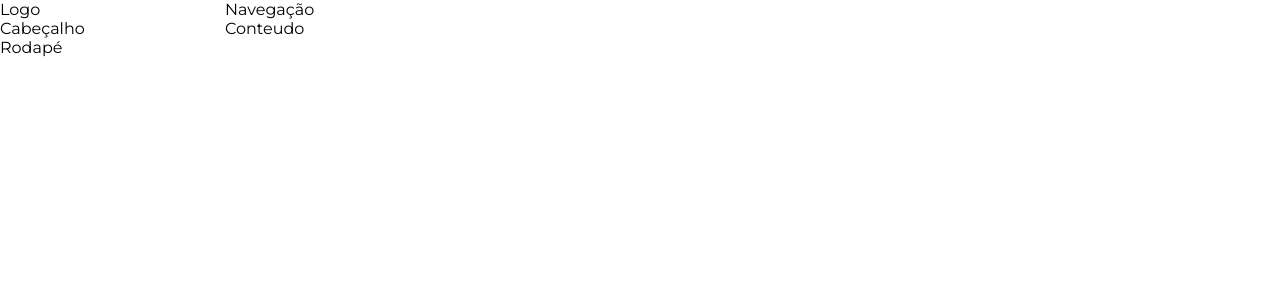
Repository: eversonps/projeto-cadastro-usuarios-firebase
Page: /users (app in frontend/)
These files come from the project's save history. The page is drawn as it stood at one moment and after the next save; the edit follows.
The browser window is 1280 px wide. The pictures show the whole page.
The project was rebuilt for these pictures with package versions that can differ from the ones it lists, and the page was loaded fresh each time. Also part of the build but not shown: frontend/src/components/template/logo.css, frontend/src/components/template/nav.css, frontend/src/components/template/header.css, frontend/src/components/template/footer.css.

Above is the page before, as saved 2022-03-21 17:27:34.

### frontend/public/index.html
<!DOCTYPE html>
<html lang="en">
  <head>
    <meta charset="utf-8" />
    <link rel="icon" href="%PUBLIC_URL%/favicon.ico" />
    <link rel="preconnect" href="https://fonts.googleapis.com">
    <link rel="preconnect" href="https://fonts.gstatic.com" crossorigin>
    <link href="https://fonts.googleapis.com/css2?family=Montserrat:wght@300;400;700&display=swap" rel="stylesheet">
    <meta name="viewport" content="width=device-width, initial-scale=1" />
    <meta name="theme-color" content="#000000" />
    <meta
      name="description"
      content="Web site created using create-react-app"
    />
    <link rel="apple-touch-icon" href="%PUBLIC_URL%/logo192.png" />
    <!--
      manifest.json provides metadata used when your web app is installed on a
      user's mobile device or desktop. See https://developers.google.com/web/fundamentals/web-app-manifest/
    -->
    <link rel="manifest" href="%PUBLIC_URL%/manifest.json" />
    <!--
      Notice the use of %PUBLIC_URL% in the tags above.
      It will be replaced with the URL of the `public` folder during the build.
      Only files inside the `public` folder can be referenced from the HTML.

      Unlike "/favicon.ico" or "favicon.ico", "%PUBLIC_URL%/favicon.ico" will
      work correctly both with client-side routing and a non-root public URL.
      Learn how to configure a non-root public URL by running `npm run build`.
    -->
    <title>React App</title>
  </head>
  <body>
    <noscript>You need to enable JavaScript to run this app.</noscript>
    <div id="root"></div>
    <!--
      This HTML file is a template.
      If you open it directly in the browser, you will see an empty page.

      You can add webfonts, meta tags, or analytics to this file.
      The build step will place the bundled scripts into the <body> tag.

      To begin the development, run `npm start` or `yarn start`.
      To create a production bundle, use `npm run build` or `yarn build`.
    -->
  </body>
</html>

### frontend/src/index.js
import React from 'react';
import ReactDOM from 'react-dom';
import './index.css';
import App from './main/app';
import reportWebVitals from './reportWebVitals';

ReactDOM.render(
  <React.StrictMode>
    <App />
  </React.StrictMode>,
  document.getElementById('root')
);

// If you want to start measuring performance in your app, pass a function
// to log results (for example: reportWebVitals(console.log))
// or send to an analytics endpoint. Learn more: https://bit.ly/CRA-vitals
reportWebVitals();

### frontend/src/main/app.jsx
import "./app.css"
import React from "react"

import Logo from "../components/template/logo"
import Nav from "../components/template/nav"
import Main from "../components/template/main"
import Footer from "../components/template/footer"

export default props => {
    return (
        <div className="app">
        <Logo></Logo>
        <Nav></Nav>
        <Main></Main>
        <Footer></Footer>
    </div>
    )
}

### frontend/src/main/app.css
:root{
    --bg-dark: #1A2F3A;
    --logo-height: 100px;
    --header-height: 100px;
    --aside-width: 225px;
    --footer-height: 40px;

    --shadow: 0 2px 23px 0 rgba(0, 0, 0, 0.1), 0 2px 49px 0 rgba(0, 0, 0, 0.06)


}

* {
    box-sizing: border-box;
    font-family: 'Montserrat', sans-serif;
}

.app{
    margin: 0px;
    display: grid;
    grid-template-columns: var(--aside-width) 1fr;
}

### frontend/src/components/template/logo.jsx
import React from "react"
import "./logo.css"

export default props => (
    <aside className="logo"> Logo </aside>
)

### frontend/src/components/template/nav.jsx
import React from "react"
import "./nav.css"

export default props => {
    return (
        <aside className="menu-area">
            Navegação
        </aside>
    )
}

### frontend/src/components/template/main.jsx
import React from "react"
import Header from "./header"

export default props => (
    <>
        <Header></Header>
        <main className="content">
            Conteudo
        </main>
    </>
)

### frontend/src/components/template/footer.jsx
import React from "react";
import "./footer.css"

export default props => (
    <footer className="footer">Rodapé</footer>
)

### frontend/src/components/template/header.jsx
import React from "react";
import "./header.css"

export default props => (
    <header className="header">
        Cabeçalho
    </header>
)

Loaded but not shown: frontend/src/index.css (common file); frontend/src/reportWebVitals.js (common file)

After the next save:
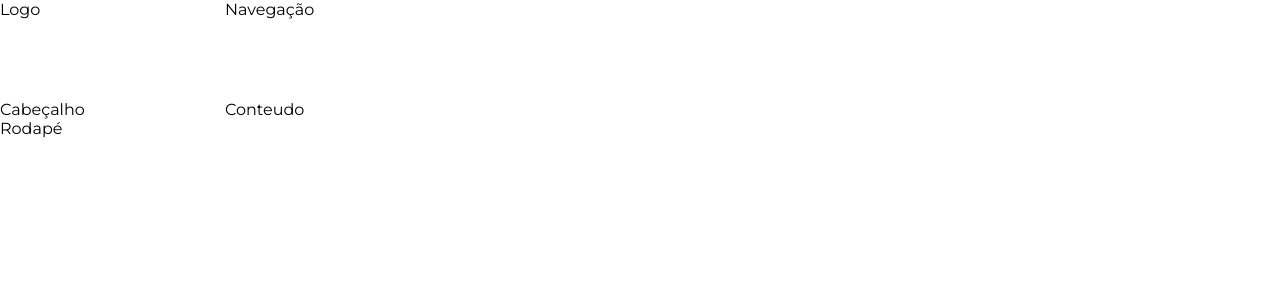
Saved 32 s later.
--- a/frontend/src/main/app.css
+++ b/frontend/src/main/app.css
@@ -19,4 +19,5 @@
     margin: 0px;
     display: grid;
     grid-template-columns: var(--aside-width) 1fr;
+    grid-template-rows: var(--header-height);
 }
